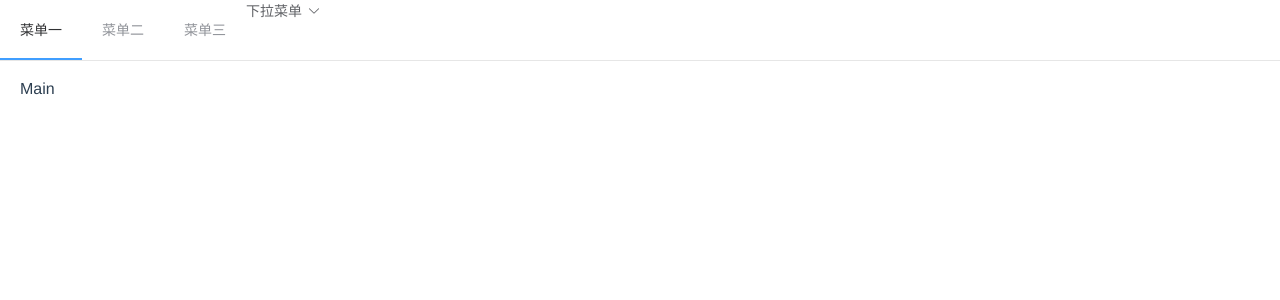
Repository: gaoxinke88888888/vue2-router-template
Page: /
These files come from the project's save history. The page is drawn as it stood at one moment and after the next save; the edit follows.
The browser window is 1280 px wide. The pictures show the whole page.
The project was rebuilt for these pictures with package versions that can differ from the ones it lists, and the page was loaded fresh each time. Also part of the build but not shown: vue.config.js.

Above is the page before, as saved 2022-04-01 11:19:30.

After the next save:
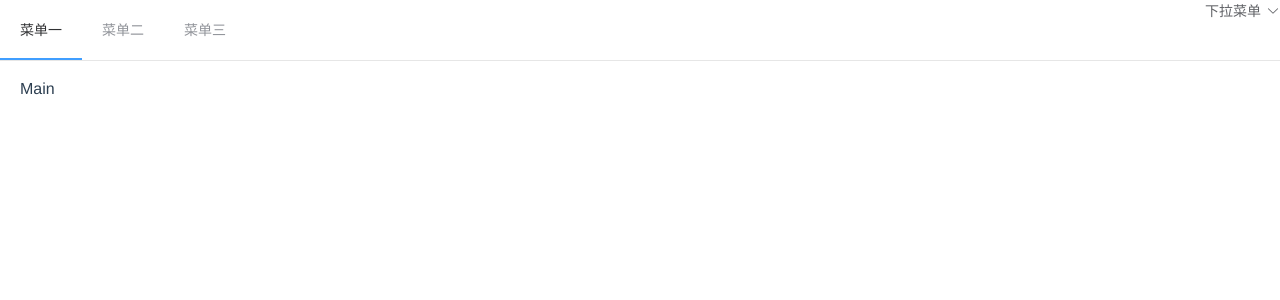
Saved 49 s later.
--- a/src/view/home.vue
+++ b/src/view/home.vue
@@ -6,7 +6,7 @@
           <el-menu-item index="1">菜单一</el-menu-item>
           <el-menu-item index="2">菜单二</el-menu-item>
           <el-menu-item index="3">菜单三</el-menu-item>
-          <el-dropdown style="">
+          <el-dropdown style="float:right">
             <span class="el-dropdown-link">
               下拉菜单<i class="el-icon-arrow-down el-icon--right"></i>
             </span>
@@ -32,4 +32,5 @@
   },
 };
 </script>
-<style scoped></style>
+<style scoped>
+</style>

After the save that followed:
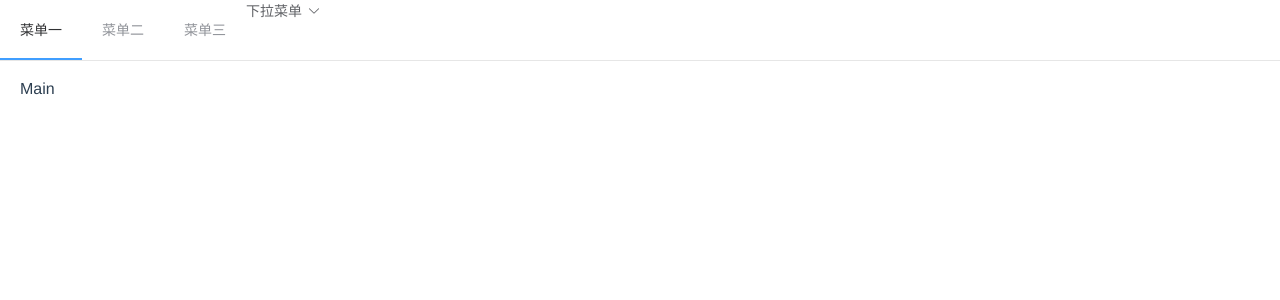
Saved 35 s later.
--- a/src/view/home.vue
+++ b/src/view/home.vue
@@ -6,7 +6,7 @@
           <el-menu-item index="1">菜单一</el-menu-item>
           <el-menu-item index="2">菜单二</el-menu-item>
           <el-menu-item index="3">菜单三</el-menu-item>
-          <el-dropdown style="float:right">
+          <el-dropdown class="dropdown">
             <span class="el-dropdown-link">
               下拉菜单<i class="el-icon-arrow-down el-icon--right"></i>
             </span>
@@ -33,4 +33,7 @@
 };
 </script>
 <style scoped>
+.dropdown{
+
+}
 </style>
